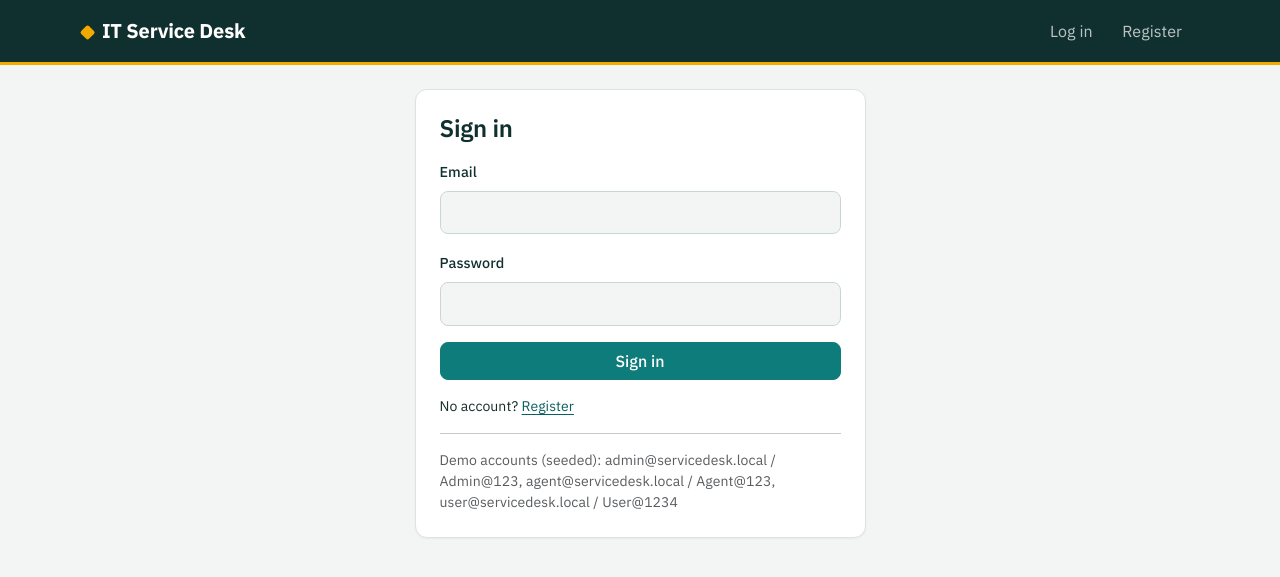
Repository: swati22446/ServiceDesk-IT-Ticket-Management-System
Page: / (app in frontend/)
An editor plug-in stored every save of this project. The page is shown before and after a run of saves, followed by the edit.
The browser window is 1280 px wide. The pictures show the whole page.
The project was rebuilt for these pictures with package versions that can differ from the ones it lists, and the page was loaded fresh each time. Also part of the build but not shown: frontend/angular.json.

Above is the page before, as saved 2026-11-25 01:20:18.

### frontend/src/index.html
<!doctype html>
<html lang="en">
<head>
  <meta charset="utf-8">
  <title>IT Service Desk</title>
  <base href="/">
  <meta name="viewport" content="width=device-width, initial-scale=1">
</head>
<body>
  <app-root></app-root>
</body>
</html>

### frontend/src/app/app.config.ts
import { ApplicationConfig } from '@angular/core';
import { provideRouter, withComponentInputBinding } from '@angular/router';
import { provideHttpClient, withInterceptors } from '@angular/common/http';
import { routes } from './app.routes';
import { authInterceptor, errorInterceptor } from './core/interceptors';

export const appConfig: ApplicationConfig = {
  providers: [
    provideRouter(routes, withComponentInputBinding()),
    provideHttpClient(withInterceptors([authInterceptor, errorInterceptor]))
  ]
};

### frontend/src/app/app.routes.ts
import { Routes } from '@angular/router';
import { authGuard, guestGuard, roleGuard } from './core/guards';

export const routes: Routes = [
  { path: '', pathMatch: 'full', redirectTo: 'tickets' },
  {
    path: 'login',
    canActivate: [guestGuard],
    loadComponent: () => import('./features/auth/login.component').then(m => m.LoginComponent)
  },
  {
    path: 'register',
    canActivate: [guestGuard],
    loadComponent: () => import('./features/auth/register.component').then(m => m.RegisterComponent)
  },
  {
    path: 'tickets',
    canActivate: [authGuard],
    loadComponent: () => import('./features/tickets/ticket-list.component').then(m => m.TicketListComponent)
  },
  {
    path: 'tickets/new',
    canActivate: [authGuard],
    loadComponent: () => import('./features/tickets/ticket-form.component').then(m => m.TicketFormComponent)
  },
  {
    path: 'tickets/:id',
    canActivate: [authGuard],
    loadComponent: () => import('./features/tickets/ticket-detail.component').then(m => m.TicketDetailComponent)
  },
  {
    path: 'tickets/:id/edit',
    canActivate: [authGuard],
    loadComponent: () => import('./features/tickets/ticket-form.component').then(m => m.TicketFormComponent)
  },
  {
    path: 'dashboard',
    canActivate: [authGuard, roleGuard('Agent', 'Admin')],
    loadComponent: () => import('./features/dashboard/dashboard.component').then(m => m.DashboardComponent)
  },
  {
    path: 'admin/users',
    canActivate: [authGuard, roleGuard('Admin')],
    loadComponent: () => import('./features/admin/users.component').then(m => m.UsersComponent)
  },
  {
    path: 'admin/categories',
    canActivate: [authGuard, roleGuard('Admin')],
    loadComponent: () => import('./features/admin/categories.component').then(m => m.CategoriesComponent)
  },
  { path: '**', redirectTo: 'tickets' }
];

### frontend/src/app/core/interceptors.ts
import { HttpErrorResponse, HttpInterceptorFn } from '@angular/common/http';
import { inject } from '@angular/core';
import { catchError, throwError } from 'rxjs';
import { environment } from '../../environments/environment';
import { AuthService } from './auth.service';
import { ToastService } from './toast.service';

/** Adds "Authorization: Bearer <jwt>" to every call to our own API. */
export const authInterceptor: HttpInterceptorFn = (req, next) => {
  const token = inject(AuthService).token();
  if (token && req.url.startsWith(environment.apiUrl)) {
    return next(req.clone({ setHeaders: { Authorization: `Bearer ${token}` } }));
  }
  return next(req);
};

/** Global error handling: expired sessions and server failures; validation errors are shown by components. */
export const errorInterceptor: HttpInterceptorFn = (req, next) => {
  const auth = inject(AuthService);
  const toast = inject(ToastService);
  return next(req).pipe(
    catchError((err: HttpErrorResponse) => {
      const isLogin = req.url.includes('/auth/login');
      if (err.status === 401 && !isLogin) {
        toast.warn('Your session has expired. Please sign in again.');
        auth.logout();
      } else if (err.status === 0 || err.status >= 500) {
        toast.error(err.status === 0 ? 'Cannot reach the server.' : 'The server had a problem. Please try again.');
      }
      return throwError(() => err);
    })
  );
};

### frontend/src/app/core/toast.service.ts
import { Injectable, signal } from '@angular/core';

export interface Toast { id: number; kind: 'success' | 'danger' | 'warning'; text: string; }

@Injectable({ providedIn: 'root' })
export class ToastService {
  private nextId = 1;
  readonly toasts = signal<Toast[]>([]);

  success(text: string) { this.push('success', text); }
  error(text: string) { this.push('danger', text); }
  warn(text: string) { this.push('warning', text); }
  dismiss(id: number) { this.toasts.update(list => list.filter(t => t.id !== id)); }

  private push(kind: Toast['kind'], text: string) {
    const id = this.nextId++;
    this.toasts.update(list => [...list, { id, kind, text }]);
    setTimeout(() => this.dismiss(id), 5000);
  }
}

### frontend/src/app/core/guards.ts
import { inject } from '@angular/core';
import { CanActivateFn, Router } from '@angular/router';
import { AuthService } from './auth.service';
import { Role } from './models';

/** Blocks anonymous visitors. Server-side [Authorize] is the real protection; this is UX. */
export const authGuard: CanActivateFn = () => {
  const auth = inject(AuthService);
  return auth.isLoggedIn() ? true : inject(Router).createUrlTree(['/login']);
};

/** Keeps signed-in users away from the login/register pages. */
export const guestGuard: CanActivateFn = () => {
  const auth = inject(AuthService);
  return auth.isLoggedIn() ? inject(Router).createUrlTree(['/tickets']) : true;
};

export const roleGuard = (...roles: Role[]): CanActivateFn => () => {
  const auth = inject(AuthService);
  return auth.hasRole(...roles) ? true : inject(Router).createUrlTree(['/tickets']);
};

### frontend/src/app/features/auth/login.component.ts
import { Component, inject, signal } from '@angular/core';
import { FormBuilder, ReactiveFormsModule, Validators } from '@angular/forms';
import { Router, RouterLink } from '@angular/router';
import { AuthService } from '../../core/auth.service';
import { errorMessage } from '../../core/utils';

@Component({
  selector: 'app-login',
  standalone: true,
  imports: [ReactiveFormsModule, RouterLink],
  template: `
    <div class="row justify-content-center">
      <div class="col-md-5">
        <div class="card p-4">
          <h2 class="h4 mb-3">Sign in</h2>
          @if (error()) { <div class="alert alert-danger py-2">{{ error() }}</div> }
          <form [formGroup]="form" (ngSubmit)="submit()" novalidate>
            <div class="mb-3">
              <label class="form-label" for="email">Email</label>
              <input id="email" type="email" class="form-control" formControlName="email" autocomplete="username"
                     [class.is-invalid]="invalid('email')">
              <div class="invalid-feedback">Enter a valid email address.</div>
            </div>
            <div class="mb-3">
              <label class="form-label" for="password">Password</label>
              <input id="password" type="password" class="form-control" formControlName="password" autocomplete="current-password"
                     [class.is-invalid]="invalid('password')">
              <div class="invalid-feedback">Password is required.</div>
            </div>
            <button class="btn btn-primary w-100" [disabled]="busy()">{{ busy() ? 'Signing in…' : 'Sign in' }}</button>
          </form>
          <p class="mt-3 mb-0 small">No account? <a routerLink="/register">Register</a></p>
          <hr>
          <p class="small text-muted mb-0">Demo accounts (seeded): admin&#64;servicedesk.local / Admin&#64;123,
            agent&#64;servicedesk.local / Agent&#64;123, user&#64;servicedesk.local / User&#64;1234</p>
        </div>
      </div>
    </div>
  `
})
export class LoginComponent {
  private fb = inject(FormBuilder);
  private auth = inject(AuthService);
  private router = inject(Router);

  busy = signal(false);
  error = signal('');
  form = this.fb.nonNullable.group({
    email: ['', [Validators.required, Validators.email]],
    password: ['', Validators.required]
  });

  invalid(name: 'email' | 'password') {
    const c = this.form.controls[name];
    return c.invalid && (c.touched || c.dirty);
  }

  submit() {
    if (this.form.invalid) { this.form.markAllAsTouched(); return; }
    this.busy.set(true);
    this.error.set('');
    const { email, password } = this.form.getRawValue();
    this.auth.login(email, password).subscribe({
      next: () => this.router.navigate([this.auth.isStaff() ? '/dashboard' : '/tickets']),
      error: err => { this.error.set(errorMessage(err)); this.busy.set(false); }
    });
  }
}

### frontend/src/environments/environment.ts
export const environment = {
  production: false,
  // Relative URL: ng serve forwards /api to the .NET API through proxy.conf.json (no CORS needed in dev).
  apiUrl: '/api/v1'
};

### frontend/src/app/core/utils.ts
import { HttpErrorResponse } from '@angular/common/http';

/** Turns an API error (ProblemDetails / ValidationProblemDetails) into one readable message. */
export function errorMessage(err: unknown): string {
  if (err instanceof HttpErrorResponse) {
    const body = err.error;
    if (body?.errors && typeof body.errors === 'object') {
      return Object.values(body.errors as Record<string, string[]>).flat().join(' ');
    }
    if (body?.detail) return body.detail;
    if (body?.title) return body.title;
    if (err.status === 0) return 'Cannot reach the server. Check your connection.';
    if (err.status === 429) return 'Too many attempts. Please wait a minute and try again.';
  }
  return 'Something went wrong. Please try again.';
}

export function statusBadge(status: string): string {
  switch (status) {
    case 'Open': return 'text-bg-primary';
    case 'InProgress': return 'text-bg-info';
    case 'OnHold': return 'text-bg-warning';
    case 'Resolved': return 'text-bg-success';
    default: return 'text-bg-secondary';
  }
}

export function priorityBadge(priority: string): string {
  switch (priority) {
    case 'Critical': return 'text-bg-danger';
    case 'High': return 'text-bg-warning';
    case 'Medium': return 'text-bg-primary';
    default: return 'text-bg-secondary';
  }
}

export function formatSize(bytes: number): string {
  if (bytes < 1024) return `${bytes} B`;
  if (bytes < 1024 * 1024) return `${(bytes / 1024).toFixed(1)} KB`;
  return `${(bytes / 1024 / 1024).toFixed(1)} MB`;
}

/** Saves a Blob (e.g. from an authenticated download) through a temporary link. */
export function saveBlob(blob: Blob, fileName: string): void {
  const url = URL.createObjectURL(blob);
  const a = document.createElement('a');
  a.href = url;
  a.download = fileName;
  a.click();
  URL.revokeObjectURL(url);
}

Loaded but not shown: frontend/src/main.ts (common file); frontend/src/styles.css (134 lines, source omitted); frontend/src/app/app.component.ts (59 lines, source omitted); frontend/src/app/core/auth.service.ts (71 lines, source omitted)

After the next 2 saves:
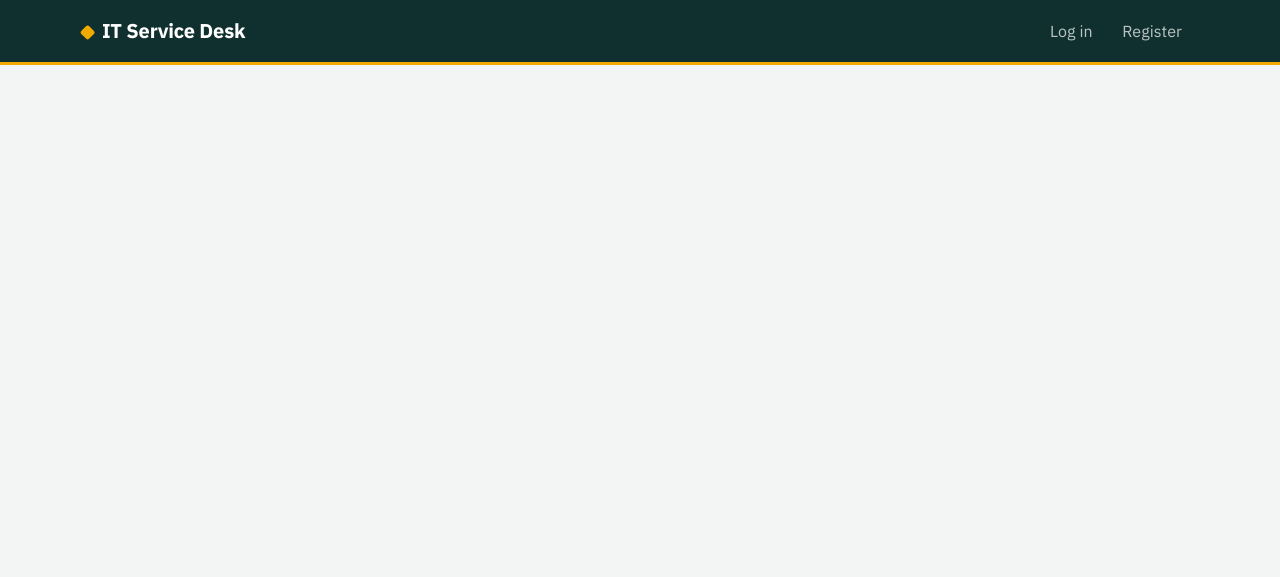
The 2 saves are shown as one change because they came seconds apart.
The last was saved 36 s later.
--- a/frontend/src/app/features/auth/login.component.ts
+++ b/frontend/src/app/features/auth/login.component.ts
@@ -1,68 +1,47 @@
-import { Component, inject, signal } from '@angular/core';
-import { FormBuilder, ReactiveFormsModule, Validators } from '@angular/forms';
-import { Router, RouterLink } from '@angular/router';
-import { AuthService } from '../../core/auth.service';
-import { errorMessage } from '../../core/utils';
-
-@Component({
-  selector: 'app-login',
-  standalone: true,
-  imports: [ReactiveFormsModule, RouterLink],
-  template: `
-    <div class="row justify-content-center">
-      <div class="col-md-5">
-        <div class="card p-4">
-          <h2 class="h4 mb-3">Sign in</h2>
-          @if (error()) { <div class="alert alert-danger py-2">{{ error() }}</div> }
-          <form [formGroup]="form" (ngSubmit)="submit()" novalidate>
-            <div class="mb-3">
-              <label class="form-label" for="email">Email</label>
-              <input id="email" type="email" class="form-control" formControlName="email" autocomplete="username"
-                     [class.is-invalid]="invalid('email')">
-              <div class="invalid-feedback">Enter a valid email address.</div>
+template: `
+    <div class="auth-shell">
+      <div class="row g-0">
+        <div class="col-md-5">
+          <div class="auth-brand">
+            <h1 class="mb-3">Report it once. Track it to done.</h1>
+            <p>Raise an IT request and follow it until it is resolved. Every ticket gets a deadline based on its priority:</p>
+            <ul class="sla-list">
+              <li><span>Critical</span><strong>4 hours</strong></li>
+              <li><span>High</span><strong>24 hours</strong></li>
+              <li><span>Medium</span><strong>48 hours</strong></li>
+              <li><span>Low</span><strong>72 hours</strong></li>
+            </ul>
+          </div>
+        </div>
+        <div class="col-md-7">
+          <div class="auth-form">
+            <h2 class="h4 mb-1">Sign in</h2>
+            <p class="text-muted small mb-4">Use your service desk account.</p>
+            @if (error()) { <div class="alert alert-danger py-2">{{ error() }}</div> }
+            <form [formGroup]="form" (ngSubmit)="submit()" novalidate>
+              <div class="mb-3">
+                <label class="form-label" for="email">Email</label>
+                <input id="email" type="email" class="form-control" formControlName="email" autocomplete="username"
+                       [class.is-invalid]="invalid('email')">
+                <div class="invalid-feedback">Enter a valid email address.</div>
+              </div>
+              <div class="mb-3">
+                <label class="form-label" for="password">Password</label>
+                <input id="password" type="password" class="form-control" formControlName="password" autocomplete="current-password"
+                       [class.is-invalid]="invalid('password')">
+                <div class="invalid-feedback">Password is required.</div>
+              </div>
+              <button class="btn btn-primary w-100" [disabled]="busy()">{{ busy() ? 'Signing in…' : 'Sign in' }}</button>
+            </form>
+            <p class="mt-3 mb-4 small">No account? <a routerLink="/register">Register</a></p>
+            <div class="demo-box">
+              Demo accounts (seeded):<br>
+              admin&#64;servicedesk.local / Admin&#64;123<br>
+              agent&#64;servicedesk.local / Agent&#64;123<br>
+              user&#64;servicedesk.local / User&#64;1234
             </div>
-            <div class="mb-3">
-              <label class="form-label" for="password">Password</label>
-              <input id="password" type="password" class="form-control" formControlName="password" autocomplete="current-password"
-                     [class.is-invalid]="invalid('password')">
-              <div class="invalid-feedback">Password is required.</div>
-            </div>
-            <button class="btn btn-primary w-100" [disabled]="busy()">{{ busy() ? 'Signing in…' : 'Sign in' }}</button>
-          </form>
-          <p class="mt-3 mb-0 small">No account? <a routerLink="/register">Register</a></p>
-          <hr>
-          <p class="small text-muted mb-0">Demo accounts (seeded): admin&#64;servicedesk.local / Admin&#64;123,
-            agent&#64;servicedesk.local / Agent&#64;123, user&#64;servicedesk.local / User&#64;1234</p>
+          </div>
         </div>
       </div>
     </div>
-  `
-})
-export class LoginComponent {
-  private fb = inject(FormBuilder);
-  private auth = inject(AuthService);
-  private router = inject(Router);
-
-  busy = signal(false);
-  error = signal('');
-  form = this.fb.nonNullable.group({
-    email: ['', [Validators.required, Validators.email]],
-    password: ['', Validators.required]
-  });
-
-  invalid(name: 'email' | 'password') {
-    const c = this.form.controls[name];
-    return c.invalid && (c.touched || c.dirty);
-  }
-
-  submit() {
-    if (this.form.invalid) { this.form.markAllAsTouched(); return; }
-    this.busy.set(true);
-    this.error.set('');
-    const { email, password } = this.form.getRawValue();
-    this.auth.login(email, password).subscribe({
-      next: () => this.router.navigate([this.auth.isStaff() ? '/dashboard' : '/tickets']),
-      error: err => { this.error.set(errorMessage(err)); this.busy.set(false); }
-    });
-  }
-}
+  `;

After the 2 saves that followed:
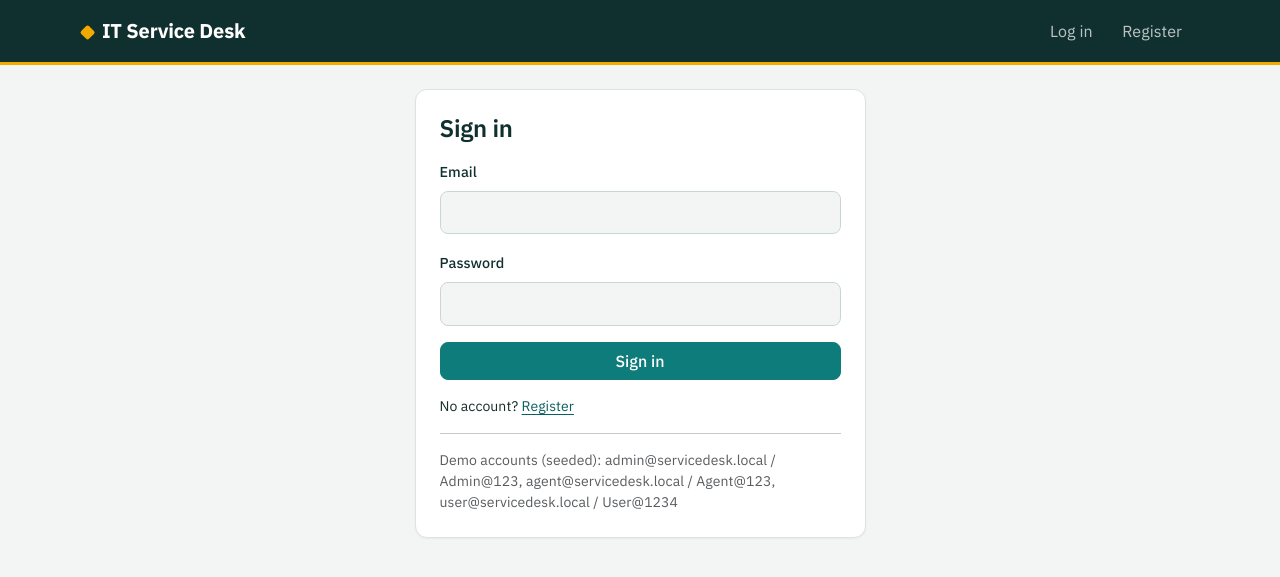
The 2 saves are shown as one change because they came seconds apart.
The last was saved 14 s later.
--- a/frontend/src/app/features/auth/login.component.ts
+++ b/frontend/src/app/features/auth/login.component.ts
@@ -1,47 +1,68 @@
-template: `
-    <div class="auth-shell">
-      <div class="row g-0">
-        <div class="col-md-5">
-          <div class="auth-brand">
-            <h1 class="mb-3">Report it once. Track it to done.</h1>
-            <p>Raise an IT request and follow it until it is resolved. Every ticket gets a deadline based on its priority:</p>
-            <ul class="sla-list">
-              <li><span>Critical</span><strong>4 hours</strong></li>
-              <li><span>High</span><strong>24 hours</strong></li>
-              <li><span>Medium</span><strong>48 hours</strong></li>
-              <li><span>Low</span><strong>72 hours</strong></li>
-            </ul>
-          </div>
-        </div>
-        <div class="col-md-7">
-          <div class="auth-form">
-            <h2 class="h4 mb-1">Sign in</h2>
-            <p class="text-muted small mb-4">Use your service desk account.</p>
-            @if (error()) { <div class="alert alert-danger py-2">{{ error() }}</div> }
-            <form [formGroup]="form" (ngSubmit)="submit()" novalidate>
-              <div class="mb-3">
-                <label class="form-label" for="email">Email</label>
-                <input id="email" type="email" class="form-control" formControlName="email" autocomplete="username"
-                       [class.is-invalid]="invalid('email')">
-                <div class="invalid-feedback">Enter a valid email address.</div>
-              </div>
-              <div class="mb-3">
-                <label class="form-label" for="password">Password</label>
-                <input id="password" type="password" class="form-control" formControlName="password" autocomplete="current-password"
-                       [class.is-invalid]="invalid('password')">
-                <div class="invalid-feedback">Password is required.</div>
-              </div>
-              <button class="btn btn-primary w-100" [disabled]="busy()">{{ busy() ? 'Signing in…' : 'Sign in' }}</button>
-            </form>
-            <p class="mt-3 mb-4 small">No account? <a routerLink="/register">Register</a></p>
-            <div class="demo-box">
-              Demo accounts (seeded):<br>
-              admin&#64;servicedesk.local / Admin&#64;123<br>
-              agent&#64;servicedesk.local / Agent&#64;123<br>
-              user&#64;servicedesk.local / User&#64;1234
+import { Component, inject, signal } from '@angular/core';
+import { FormBuilder, ReactiveFormsModule, Validators } from '@angular/forms';
+import { Router, RouterLink } from '@angular/router';
+import { AuthService } from '../../core/auth.service';
+import { errorMessage } from '../../core/utils';
+
+@Component({
+  selector: 'app-login',
+  standalone: true,
+  imports: [ReactiveFormsModule, RouterLink],
+  template: `
+    <div class="row justify-content-center">
+      <div class="col-md-5">
+        <div class="card p-4">
+          <h2 class="h4 mb-3">Sign in</h2>
+          @if (error()) { <div class="alert alert-danger py-2">{{ error() }}</div> }
+          <form [formGroup]="form" (ngSubmit)="submit()" novalidate>
+            <div class="mb-3">
+              <label class="form-label" for="email">Email</label>
+              <input id="email" type="email" class="form-control" formControlName="email" autocomplete="username"
+                     [class.is-invalid]="invalid('email')">
+              <div class="invalid-feedback">Enter a valid email address.</div>
             </div>
-          </div>
+            <div class="mb-3">
+              <label class="form-label" for="password">Password</label>
+              <input id="password" type="password" class="form-control" formControlName="password" autocomplete="current-password"
+                     [class.is-invalid]="invalid('password')">
+              <div class="invalid-feedback">Password is required.</div>
+            </div>
+            <button class="btn btn-primary w-100" [disabled]="busy()">{{ busy() ? 'Signing in…' : 'Sign in' }}</button>
+          </form>
+          <p class="mt-3 mb-0 small">No account? <a routerLink="/register">Register</a></p>
+          <hr>
+          <p class="small text-muted mb-0">Demo accounts (seeded): admin&#64;servicedesk.local / Admin&#64;123,
+            agent&#64;servicedesk.local / Agent&#64;123, user&#64;servicedesk.local / User&#64;1234</p>
         </div>
       </div>
     </div>
-  `;
+  `
+})
+export class LoginComponent {
+  private fb = inject(FormBuilder);
+  private auth = inject(AuthService);
+  private router = inject(Router);
+
+  busy = signal(false);
+  error = signal('');
+  form = this.fb.nonNullable.group({
+    email: ['', [Validators.required, Validators.email]],
+    password: ['', Validators.required]
+  });
+
+  invalid(name: 'email' | 'password') {
+    const c = this.form.controls[name];
+    return c.invalid && (c.touched || c.dirty);
+  }
+
+  submit() {
+    if (this.form.invalid) { this.form.markAllAsTouched(); return; }
+    this.busy.set(true);
+    this.error.set('');
+    const { email, password } = this.form.getRawValue();
+    this.auth.login(email, password).subscribe({
+      next: () => this.router.navigate([this.auth.isStaff() ? '/dashboard' : '/tickets']),
+      error: err => { this.error.set(errorMessage(err)); this.busy.set(false); }
+    });
+  }
+}
